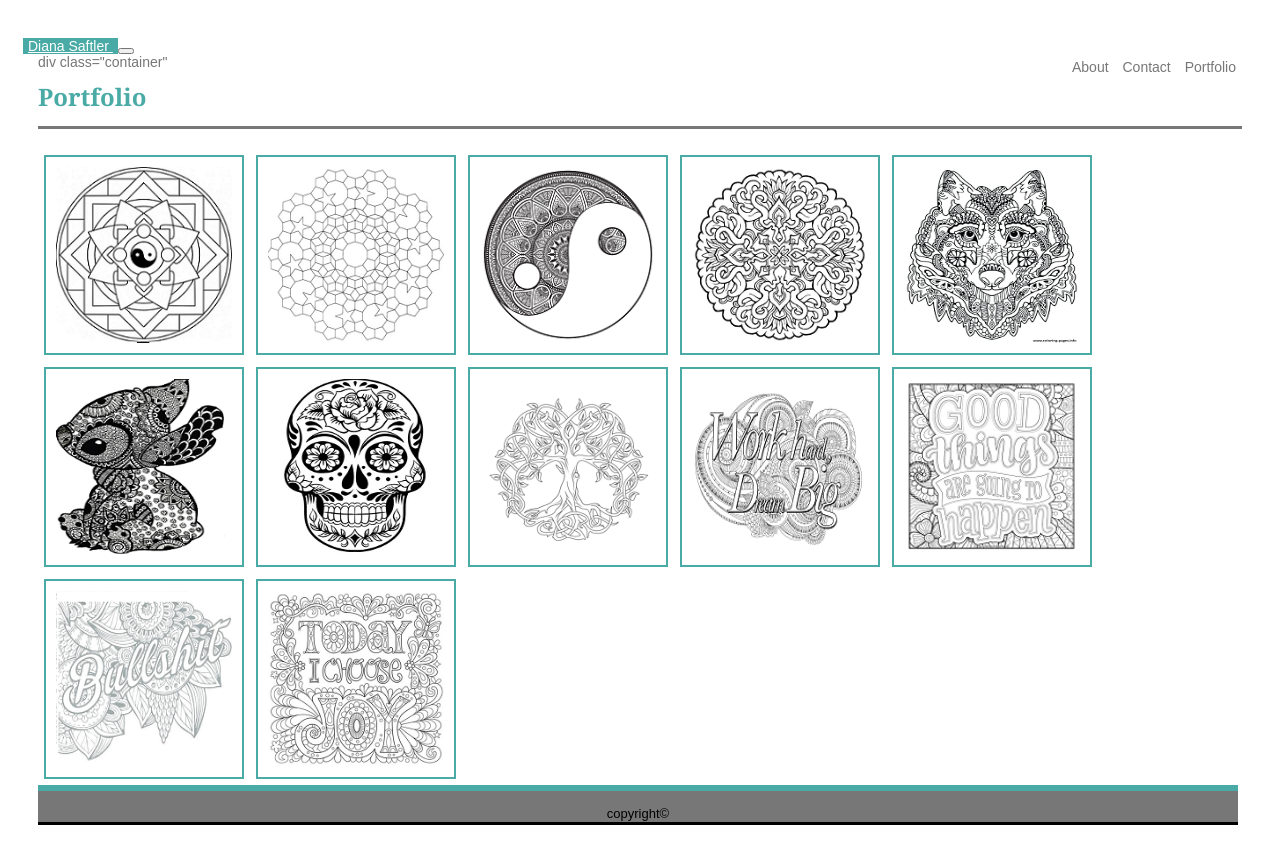
Repository: dsaftler/Bootstrap-Portfolio
Page: portfolio.html
An editor plug-in stored every save of this project. The page is shown before and after the next save, followed by the edit.
The browser window is 1280 px wide. The pictures show the whole page.

Above is the page before, as saved 2019-03-20 22:57:28.

### portfolio.html

<html>

        <head>
            <title>Diana Saftler</title>
            <link rel="stylesheet" href+"assets/css/reset.css">
            <link rel="stylesheet" href="assets/css/style.css">
            <link rel="icon" href="assets/images/Peony.jpg" type="image/jpg" sizes="16x16">
            <meta charset="UTD-8">

        </head>

        <body>
            <nav class="navbar navbar-expand-lg navbar-light" >
                <a class="navbar-brand"  style="background-color: #4aaaa5; color: white; padding-right: 5px; padding-left: 5px; margin-left: -15px" href="#"> Diana Saftler </a>
                <button class="navbar-toggler" type="button" data-toggle="collapse" data-target="#navbarSupportedContent" aria-controls="navbarSupportedContent" aria-expanded="false" aria-label="Toggle navigation">
                        <span class="navbar-toggler-icon"></span>
                </button>

                <div class="collapse navbar-collapse" id="navbarSupportedContent">
                <ul class="navbar-nav ml-auto">
                    <li class="nav-item">
                        <a class="nav-link"href="index.html">About</a>
                    </li>
                    <li class="nav-item">
                        <a class="nav-link" href="contact.html">Contact</a>
                    </li>
                    <li class="nav-item active">
                        <a class="nav-link"  href="portfolio.html">Portfolio<span class="sr-only"></span></a>
                    </li>
                </ul>
                </div>
            </nav>
            div class="container"
            <div class="col-sx-12 col-sm-12">
                    <h2>Portfolio</h2>
                    <div class="row">

                        <!-- <div class="col"> -->
                            <div class="content">
                                <a href="assets\gallery\simple_mandala.png" target="Simple Mandala">
                                    <img class="gallery" src="assets\gallery\sm_simple_mandala.png"  alt="Simple Mandala" title="Simple Mandala" class="clickable"></a>

                            </div> <!-- content -->
                            <div class="content">
                                    <a href="assets\gallery\geometric_mandala.png" target="Geometric Mandala">
                                        <img class="gallery" src="assets\gallery\sm_geometric_mandala.png" alt="Geometric Mandala" title="Geometric Mandala"></a>
                            </div> <!-- content -->
                            <div class="content">
                                    <a href="assets\gallery\ying_yang_mandala.png" target="Ying-Yang Mandala">
                                        <img class="gallery" src="assets\gallery\sm_ying_yang_mandala.png" alt="Ying-Yang Mandala" title="Ying-Yang Mandala"></a>
                            </div> <!-- content -->
                            <div class="content">
                                    <a href="assets\gallery\old_english.png" target="Olde English Mandala">
                                    <img class="gallery" src="assets\gallery\sm_old_english.png" alt="Olde English Mandala" title="Olde English Mandala"></a>
                            </div> <!-- content -->
    <!-- I could do rows here, but since everything wraps, I don't have to  -->

                            <div class="content">
                                    <a href="assets\gallery\wolf.png" target="Wolf">
                                        <img class="gallery" src="assets\gallery\sm_wolf.png" alt="Wolf" title="Wolf"></a>
                            </div> <!-- content -->
                            <div class="content">
                                    <a href="assets\gallery\stitch.png" target="stitch">
                                    <img class="gallery" src="assets\gallery\sm_stitch.png" alt="Stitch" title="Stitch"></a>
                            </div> <!-- content -->
                            <div class="content">
                                    <a href="assets\gallery\day_of_the_dead.png" target="Day of the Dead">
                                    <img class="gallery" src="assets\gallery\sm_day_of_the_dead.png" alt="Day of the Dead" title="Day of the Dead"></a>
                            </div> <!-- content -->
                            <div class="content">
                                    <a href="assets\gallery\tree_of_life.png" target="Tree of Life">
                                    <img class="gallery" src="assets\gallery\sm_tree_of_life.png" alt="Tree of Life" title="Tree of Life"></a>
                            </div> <!-- content -->
    <!-- I could do rows here, but since everything wraps, I don't have to  -->

                            <div class="content">

                                    <a href="assets\gallery\work_hard.png" target="Work Hard">
                                    <img class="gallery" src="assets\gallery\sm_work_hard.png" alt="Work Hard" title="Work Hard"></a>
                            </div> <!-- content -->
                            <div class="content">
                                    <a href="assets\gallery\good_things.png" target="Good Things">
                                    <img class="gallery" src="assets\gallery\sm_good_things.png" alt="Good Things" title="Good Things"></a>
                            </div> <!-- content -->
                            <div class="content">
                                    <a href="assets\gallery\bad_word.png" target="Bad Word">
                                    <img class="gallery" src="assets\gallery\sm_bad_word.png" alt="@#!#%!!!" title="@#!#%!!!"></a>
                            </div> <!-- content -->
                            <div class="content">
                                    <a href="assets\gallery\choose_joy.png" target="Choose Joy">
                                    <img class="gallery" src="assets\gallery\sm_choose_joy.png" alt="Choose Joy" title="Choose Joy"></a>
                            </div> <!-- content -->

                         <!-- </div class="col"> -->
                    </div><!-- row -->
                </div>    <!-- center-panel -->
            </div>  <!-- bg-pattern -->
            <footer>copyright&copy</footer>
        </body>

</html>

### Assets/CSS/style.css
* {
    box-sizing: border-box;
}

body {
    font-size: 14px;
    font-family: Arial, "Helvetica Neue", Helvetica, sans-serif;
    background-color: #ffffff;
    padding: 30px;
    color:  #777777;

}
header{
    left: 80px;
    background-color: #ffffff;
    height: 25px;
    width: 1200px;
}
footer {
    color: black;
    font-size: small;
    text-align: center;
    padding: 15px;
    clear: both;
    background-color: #777777;
    height: 40px;
    width: 1200px;
    border-style: solid;
    border-top-color: #4aaaa5;
    border-top-width: 6px;
    border-left-width: 0;
    border-right-width: 0;
}
p {
    padding: 0 0 10 0;
}

.bg-pattern {
    clear: both;
  /* margin-top: 40px; */
  padding: 50px;
  padding-top: 5px;
  /* background-color: #b1f3f3;  */
  height: 650px;
  width: 1200px;

  background-image: url("../images/circles-light.png");
  border-style: solid;
  border-top-color: #999a9b;
  border-top-width: 2px;
  border-left-width: 0;
  border-right-width: 0;
  border-bottom-color: #4aaaa5;
  border-bottom-width: 6px;

}

.center-panel {
    clear: both;
    display: inline-block;
    /* position: absolute; */
    top: 150px;
    right: 0;
    bottom: 0;
    left: 0;
    margin-left: 75px;
    margin-top: 20px;
    width: 960px;
    height: 535px;
    background-color: #ffffff;
    padding: 25px;
    overflow: auto;
    z-index: 1;

}

ul {
    list-style-type: none;
    margin: 0;
    padding: 0;
}

li a {
    display: block;
    width: 60 px;
}



ul {
    list-style-type: none;
    margin: 0;
    padding: 0;
    float: right;
    width: 175px;
}

li { display: inline-block; }

li a {
    color: #777777;
    text-decoration: none;
    padding: 5px;
}

li a:hover {
    background-color: #4aaaa5;
    color: white;

}
h1, h2 {font-family: Georgia, Times, "Times New Roman", serif;}
h1 {
    float: left;
    box-shadow: 10px 0px 0px 0px #4aaaa5, -10px 0px 0px 0px #4aaaa5;

    height: 65px;
    /* width: 200px; */

    top: 0;
    margin: 0;
    margin-left: 135px;

    background-color: #4aaaa5;
    color: white;
    font-size: 30px;
    text-align: center;
    padding: 10px 0;
    /* padding: 10px; */
}

h2 {
    font-size: 24px;
    margin-top: 10px;
    color: #4aaaa5;
    padding-bottom: 13px;
    border-bottom: 3px solid #777777;
}
h4 { margin: 3px}


.image_about {
    float: left;
    padding-right: 20px;
    padding-bottom: 20px;
    width: 230px;
    height: 310px;
}

input[type="text"] {
    width : 450px;
    margin: 0;
    padding: 2px;
    padding-left: 10px;
    -webkit-box-sizing: border-box; /* For legacy WebKit based browsers */
       -moz-box-sizing: border-box; /* For legacy (Firefox <29) Gecko based browsers */
            box-sizing: border-box;
}

.textbox {
    border:1px solid  #777777;
    padding: 10px;
    width: 650;
    height: 175px;
    font-size: 13.33px;
    font-family: Arial, Helvetica, sans-serif;
}
.submit {
    display: block;
    width: 60px;
    height: 29px;
    background-color: #4aaaa5;
    color: #ffffff;
    font-weight: bold;
}
.portfolio {
    max-width:100%;
    max-height: 100%
   }
.content {
    padding: 6px;
    float: left;
}

.row {
    margin: 0;
    height: 225px;
}
.row,
.row > .column {
    padding: 5 px;
}
.col {
   float:left;
    height: 225px;
     width: 25%;
     margin: 0;
}
.row:after {
    content: "";
    display: table;
    clear: both;
}
.gallery {
    border: 2px solid #4aaaa5;
    padding: 10px;
    height: 200px;
    width: 200px;
}
.gallery:hover {
    border-color: #06faee;
}
.box {
    height:150px;
    border: solid;
    border-width: 1px;

}
/* portfolio page */

.work {
    position: relative;
    float: left;
    width: 274px;
    margin: 20px 0 25px;
    overflow: auto;
  }

  .work:nth-child(even) {
    margin-right: 40px;
  }

  .work img {
    width: 100%;
    border: 0 none;
    opacity: 0.8;
  }

  .work h3 {
    position: absolute;
    bottom: 20px;
    width: 100%;
    padding: 15px;
    margin-bottom: 0;
    font-weight: 300;
    line-height: 30px;
    color: #ffffff;
    text-align: center;
    background: #4aaaa5;
    border-bottom: 0;
  }

  .auth-image {
    float: left;
    width: 200px;
    height: auto;
    margin-top: 10px;
    margin-right: 25px;
  }
  #masthead {
    position: fixed;
    z-index: 99;
    width: 100%;
    margin: 0 0 30px;
    overflow: auto;
    color: #ffffff;
    background: #ffffff;
    border-bottom: 2px solid #cccccc;
  }

  #logo {
    float: left;
    width: 250px;
    height: 90px;
    font-family: Georgia, Times, "Times New Roman", serif;
    font-size: 30px;
    font-weight: 700;
    line-height: 90px;
    color: #ffffff;
    text-align: center;
    text-decoration: none;
    background: #4aaaa5;
  }
  #main-container {
    padding-top: 130px;
    min-height: calc(100vh - 70px);
  }

  .main-section {
    float: left;
    width: 100%;
    max-width: 960px;
    padding: 30px;
    margin: 0 0 40px;
    background: #ffffff;
    border: 1px solid #dddddd;
  }

After the next save:
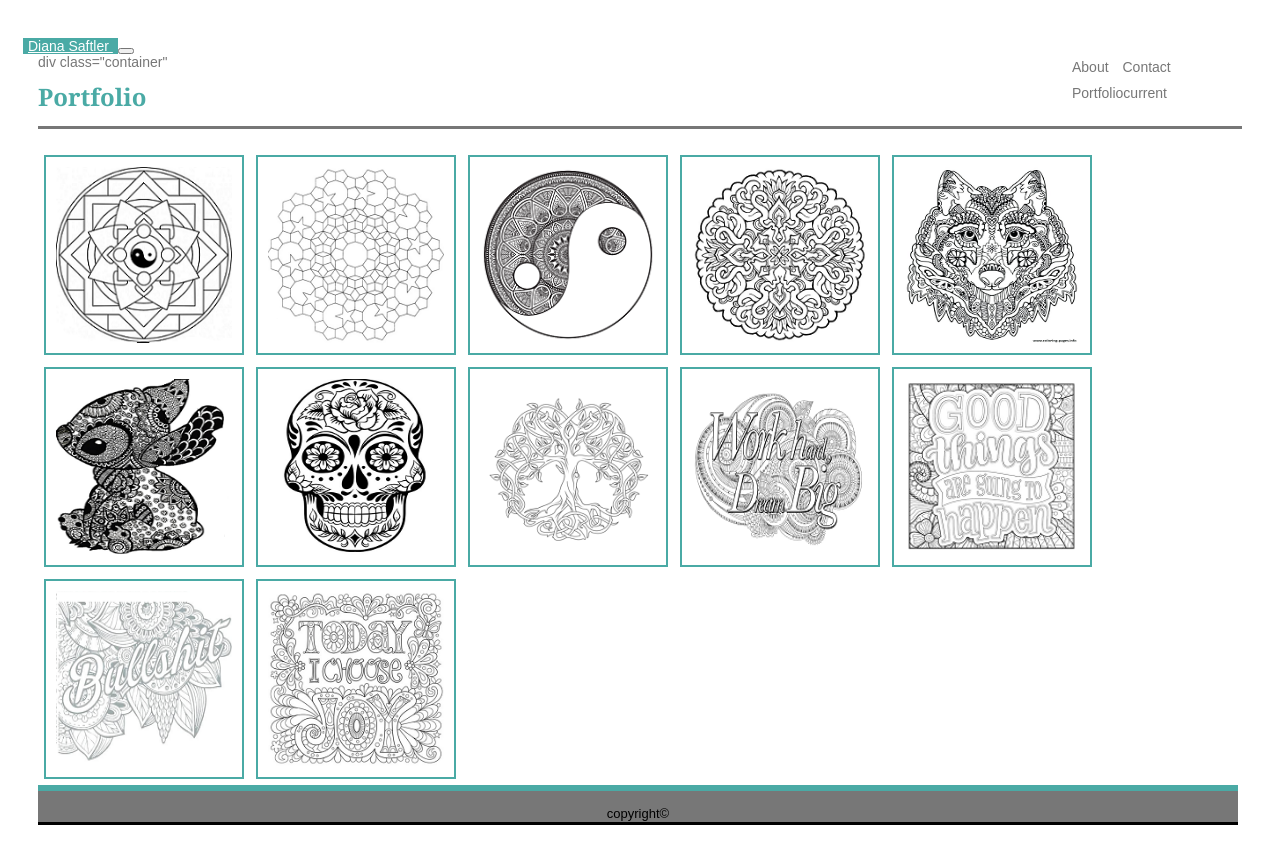
Saved 2 min 23 s later.
--- a/portfolio.html
+++ b/portfolio.html
@@ -26,7 +26,7 @@
                         <a class="nav-link" href="contact.html">Contact</a>
                     </li>
                     <li class="nav-item active">
-                        <a class="nav-link"  href="portfolio.html">Portfolio<span class="sr-only"></span></a>
+                        <a class="nav-link" href="portfolio.html">Portfolio<span class="sr-only">current</span></a>
                     </li>
                 </ul>
                 </div>

After the save that followed:
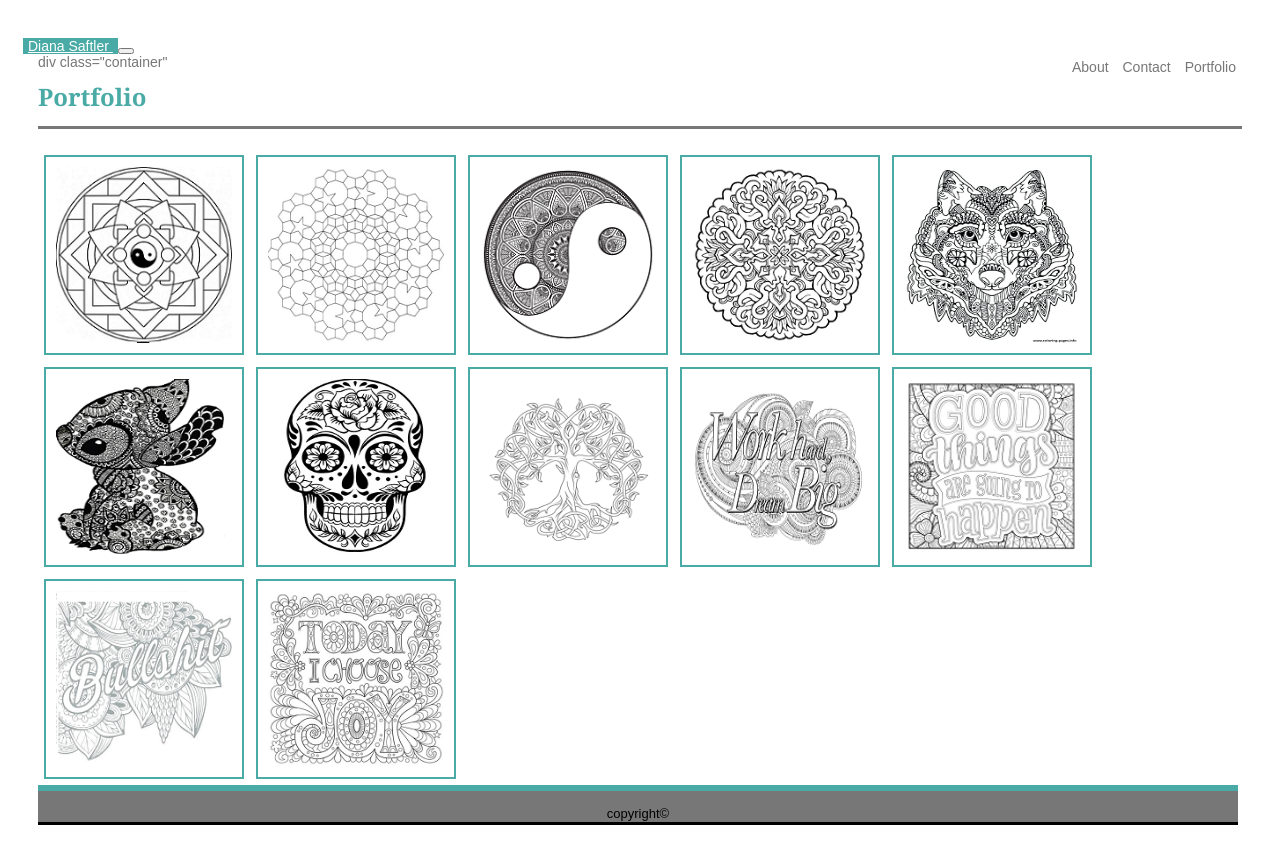
Saved 19 s later.
--- a/portfolio.html
+++ b/portfolio.html
@@ -26,7 +26,7 @@
                         <a class="nav-link" href="contact.html">Contact</a>
                     </li>
                     <li class="nav-item active">
-                        <a class="nav-link" href="portfolio.html">Portfolio<span class="sr-only">current</span></a>
+                        <a class="nav-link" href="portfolio.html">Portfolio<span class="sr-only"></span></a>
                     </li>
                 </ul>
                 </div>
